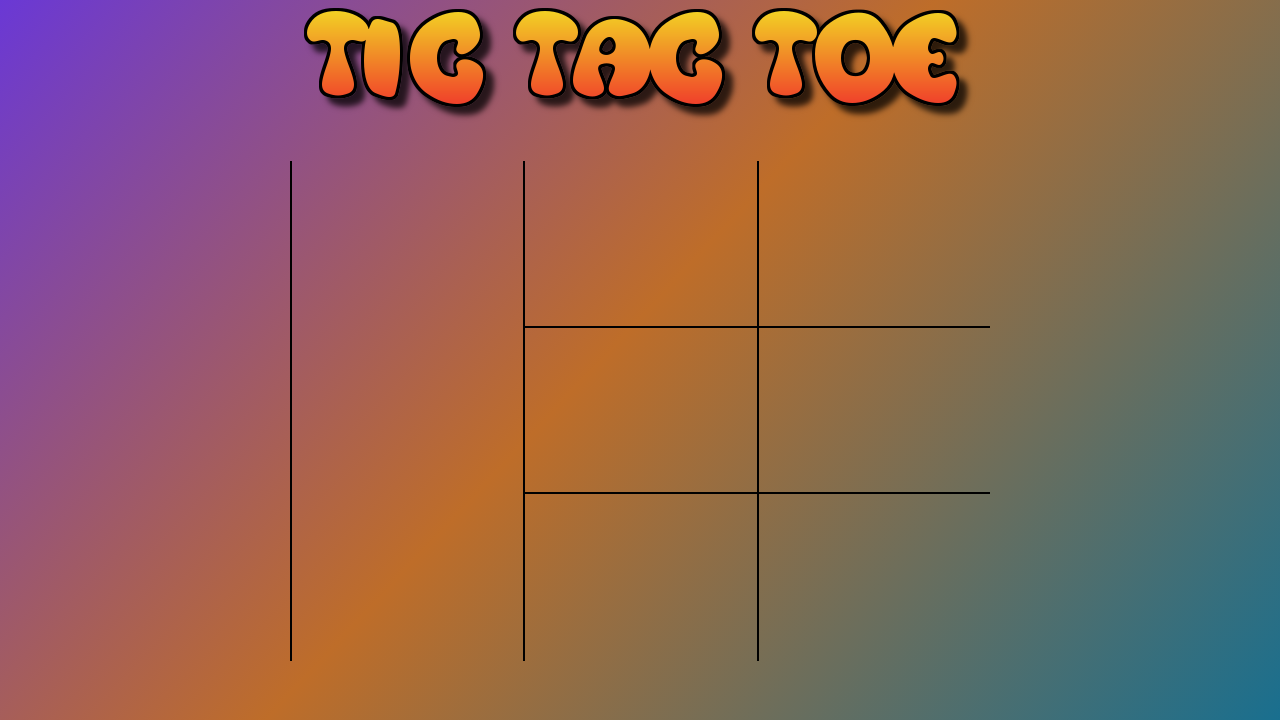
Repository: malx9/Project--5---Tic-Tac-Toe-with-AI
Page: index.html
An editor plug-in stored every save of this project. The page is shown before and after the next save, followed by the edit.
The browser window is 1280 px wide. The pictures show the whole page.

Above is the page before, as saved 2023-12-25 17:28:16.

### index.html
<!DOCTYPE html>
<html lang="en">
  <head>
    <meta charset="UTF-8" />
    <meta name="viewport" content="width=device-width, initial-scale=1.0" />
    <link rel="stylesheet" href="styles.css" />
    <title>Tic Tac Toe</title>
  </head>
  <body>
    <header>
      <img class="logo" src="images/logo.png" />
    </header>
    <main>
      <div class="game--board">
        <div class="square square-1"></div>
        <div class="square square-2"></div>
        <div class="square square-3"></div>
        <div class="square square-4"></div>
        <div class="square square-5"></div>
        <div class="square square-6"></div>
        <div class="square square-7"></div>
        <div class="square square-8"></div>
        <div class="square square-9"></div>
      </div>
    </main>
  </body>
</html>

### styles.css
html {
  height: 100%;
  margin: 0;
}

body {
  margin: 0;
  background: rgb(106, 56, 213);
  background: linear-gradient(
    133deg,
    rgba(106, 56, 213, 1) 0%,
    rgba(190, 109, 41, 1) 48%,
    rgba(25, 111, 143, 1) 100%
  );
}

.logo {
  display: block;
  margin-left: auto;
  margin-right: auto;
  margin-bottom: 30px;
}

.game--board {
  display: grid;
  grid-template-columns: repeat(3, 1fr);
  grid-template-rows: repeat(3, 1fr);
  width: 700px;
  height: 500px;
  margin: auto;
}

.square {
  background-color: transparent;
  border: 2px solid #000000;
  border-top: 0;
  border-right: 0;
}

.square-7,
.square-8,
.square-9 {
  border-bottom: 0;
}

.square-1,
.square-4,
.square-7 {
  border-bottom: 0;
}

After the next save:
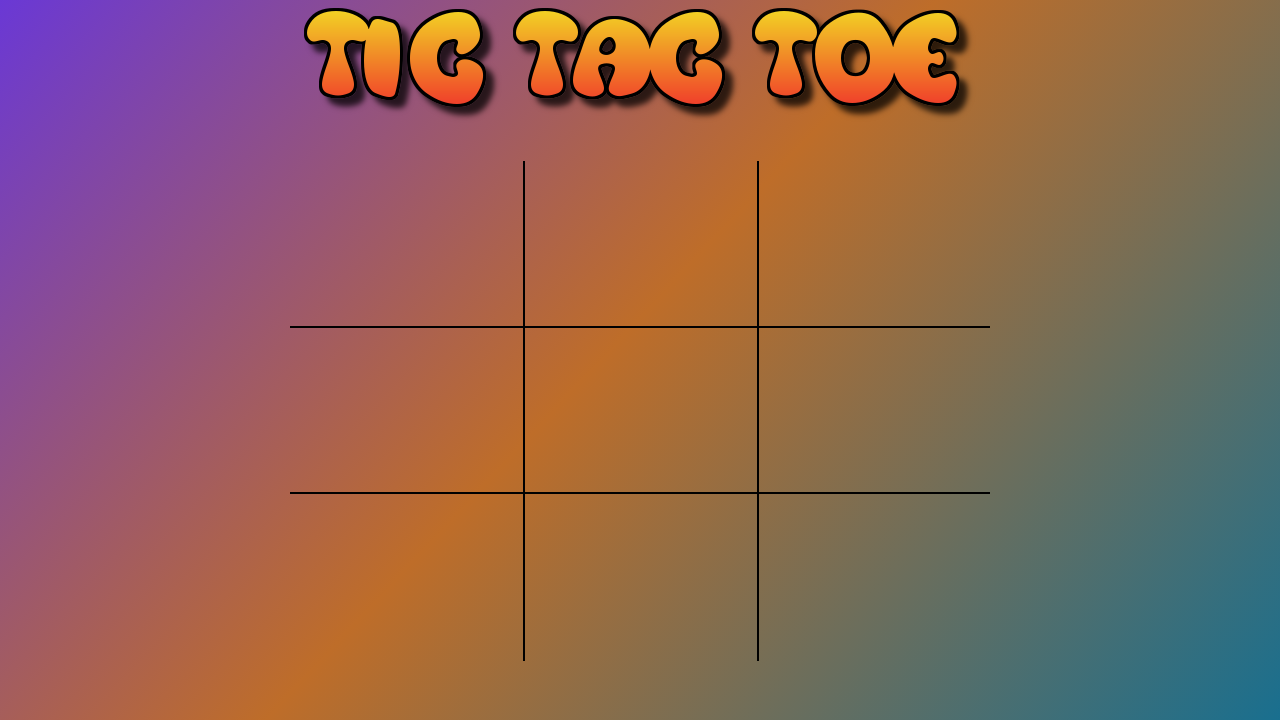
Saved 5 s later.
--- a/styles.css
+++ b/styles.css
@@ -46,5 +46,5 @@ body {
 .square-1,
 .square-4,
 .square-7 {
-  border-bottom: 0;
+  border-left: 0;
 }
